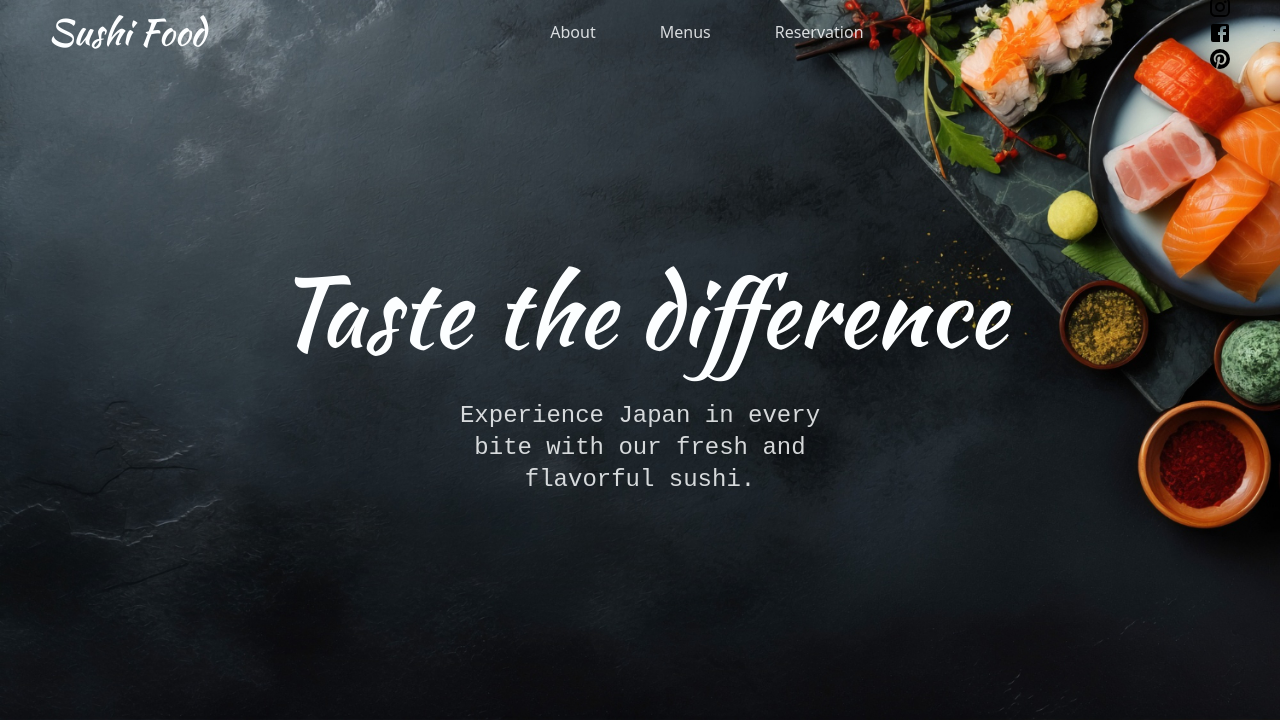
Repository: Adrien-legeleu/sushi-food
Page: /
These files come from the project's save history. The page is drawn as it stood at one moment and after a run of saves; the edit follows.
The browser window is 1280 px wide. The pictures show the whole page.
Some web fonts or font styles are not loaded; a fallback is used. The project was rebuilt for these pictures with package versions that can differ from the ones it lists, and the page was loaded fresh each time. Also part of the build but not shown: vite.config.ts.

Above is the page before, as saved 2024-04-28 20:14:20.

After the next 2 saves:
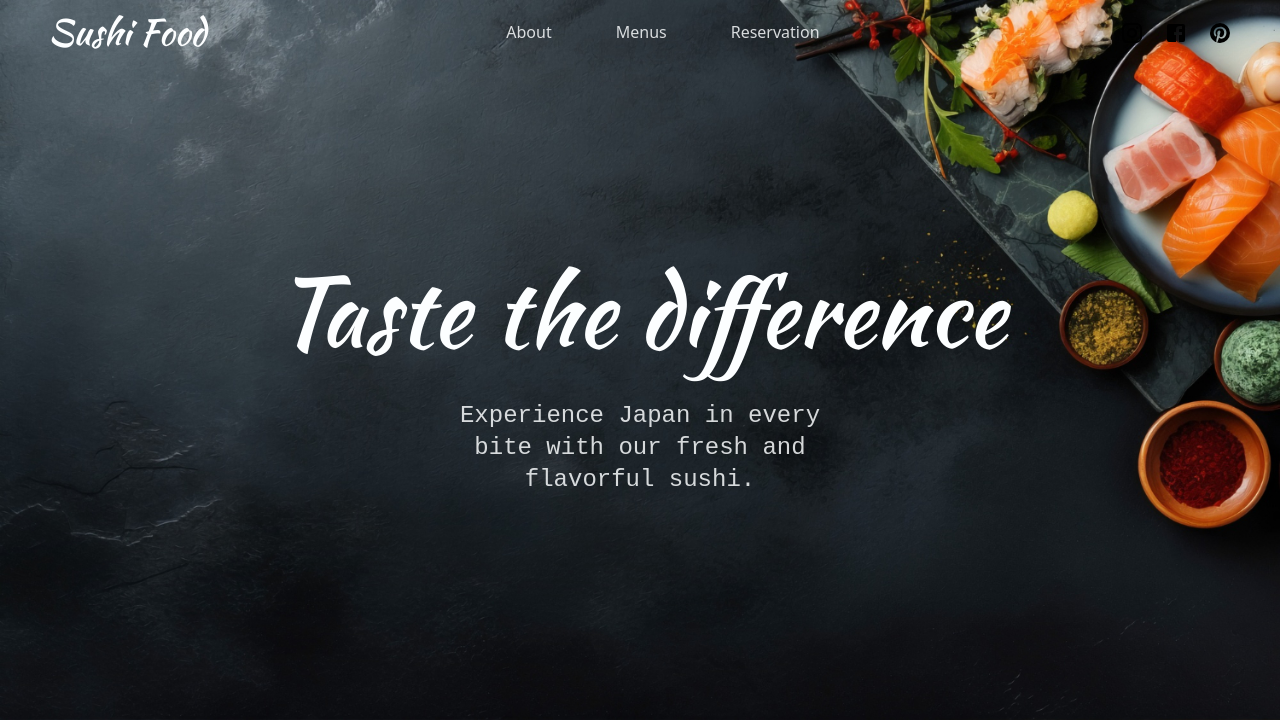
The 2 saves are shown as one change because they came seconds apart.
The last was saved 18 s later.
--- a/src/Components/Header.tsx
+++ b/src/Components/Header.tsx
@@ -10,7 +10,7 @@ export const Header =()=>{
                 <li>Menus</li>
                 <li>Reservation</li>
             </ul>
-            <ul>
+            <ul className='flex items-center justify-between gap-5'>
                 <li>
                     <InstagramIcon/>
 
